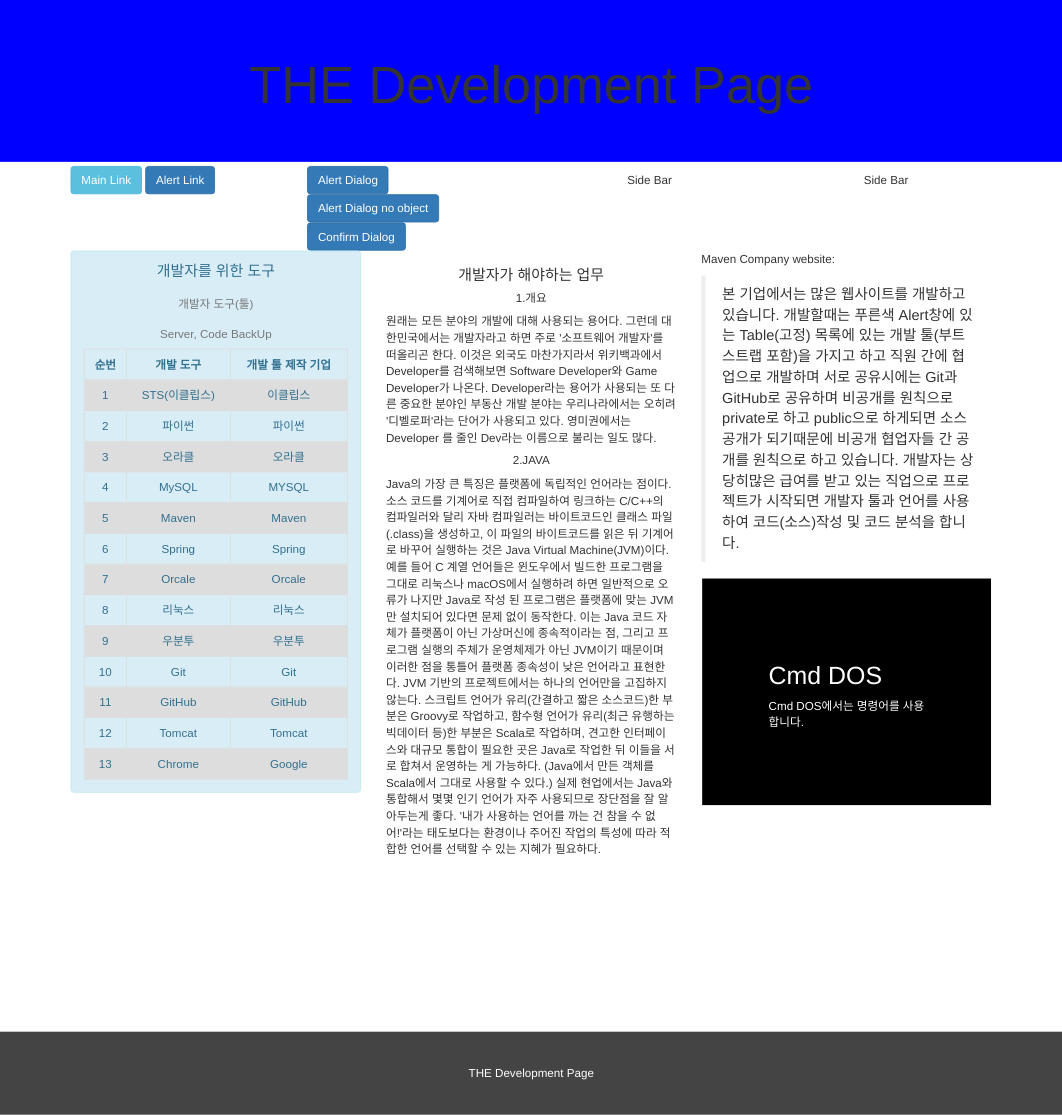
Repository: as2019a/spring
Page: http://localhost/ch19_project_mavenwebsite/WEB-INF/views/development.jsp
The author's editor kept a copy of each file at every save. The page is drawn from the files as they stood at one save, then again after the next save.
The browser window is 1280 px wide. The pictures show the whole page, at 83% of full size.
Some web libraries are served in a nearby version. The page is served by Tomcat 9. Nobody is signed in. Other server files are loaded and not shown. The template is opened directly, without the code that normally fills it, so the values that code supplies are empty.

Above is the page before, as saved 2019-01-30 09:22:12.

### ch19_project_mavenwebsite/src/main/webapp/WEB-INF/views/development.jsp
<%@ page language="java" contentType="text/html; charset=UTF-8"
    pageEncoding="UTF-8"%>
<%@ taglib prefix="c" uri="http://java.sun.com/jsp/jstl/core" %>
<%@ taglib prefix="sec" uri="http://www.springframework.org/security/tags" %>
<!DOCTYPE html>
<html>
<head>
<meta charset="UTF-8">
<meta name="viewport"
 	  content="width=device-width, initial-scale=1">
<title>THE Development Page</title>
<link href="https://maxcdn.bootstrapcdn.com/bootstrap/3.3.2/css/bootstrap.min.css" rel="stylesheet">
<link rel="stylesheet" href="https://use.fontawesome.com/releases/v5.5.0/css/all.css">
<style type="text/css">
	.jumbotron{
		margin-bottom: 5px;
		background-color:blue;
	}

	h5{
		text-align:center;
	}

	#sa:hover{
		color:fuchsia;
	}

	#sc:hover{
		color:orange;
	}

	#sf:hover{
		color:lime;
	}

	table {
	  font-family: arial, sans-serif;
	  border-collapse: collapse;
	  width: 100%;
	}

	td, th {
	  border: 1px solid #dddddd;
	  text-align:center;
	  padding: 8px;
	}

	tr:nth-child(even) {
	  background-color: #dddddd;
	}

	.cmd {
	  background-color: black;
	  color: white;
	  margin: 1px;
	  padding: 80px;
	}

	.footer{
		height: 100px;
		line-height: 100px;
		background-color: #444;
		color: white;
		text-align: center;
		margin-top: 200px;
	}

</style>
</head>
<body>
	<div class="jumbotron">
		<h1 class="text-center" style="">THE Development Page</h1>
	</div>
	<div class="container">
	  <div class="row">
	  	<div class="col-sm-12">
	  		<div class="col-sm-3">
	  			<a href="/main" type="button" class="btn btn-info">Main Link</a>
	  			<button type="button" class="btn btn-primary" onclick="alertsone();" data-toggle="modal" data-target="#myModal">
	  			Alert Link</button>
	  		</div>
	  		<div class="col-sm-3">
	  			<button class="btn btn-primary" data-toggle="modal" id="modalBtn">Alert Dialog</button>
				<button class="btn btn-primary" data-toggle="modal" id="modalBtn2">Alert Dialog no object</button>
				<button class="btn btn-primary" data-toggle="modal" id="modalBtn1">Confirm Dialog</button>
	  		</div>
	  		<div class="col-sm-3">
	  			<h5 id="sc">Side Bar</h5>
	  		</div>
	  		<div class="col-sm-3">
	  			<h5 id="sf">Side Bar</h5>
	  		</div>
	  	</div>
	    <div class="col-xs-12">
	    	<div class="col-xs-4">
	    		<div class="alert alert-info">
	    			<h4 style="font-size:large;text-align:center;">개발자를 위한 도구</h4>
	    			<table>
	    				<caption class="text-center">개발자 도구(툴)</caption>
	    				<caption class="text-center">Server, Code BackUp</caption>
	    				<thead>
	    					<tr>
	    						<th>순번</th>
	    						<th>개발 도구</th>
	    						<th>개발 툴 제작 기업</th>
	    					</tr>
	    					<tr>
	    						<td>1</td>
	    						<td>STS(이클립스)</td>
	    						<td>이클립스</td>
	    					</tr>
	    					<tr>
	    						<td>2</td>
	    						<td>파이썬</td>
	    						<td>파이썬</td>
	    					</tr>
	    					<tr>
	    						<td>3</td>
	    						<td>오라클</td>
	    						<td>오라클</td>
	    					</tr>
	    					<tr>
	    						<td>4</td>
	    						<td>MySQL</td>
	    						<td>MYSQL</td>
	    					</tr>
	    					<tr>
	    						<td>5</td>
	    						<td>Maven</td>
	    						<td>Maven</td>
	    					</tr>
	    					<tr>
	    						<td>6</td>
	    						<td>Spring</td>
	    						<td>Spring</td>
	    					</tr>
	    					<tr>
	    						<td>7</td>
	    						<td>Orcale</td>
	    						<td>Orcale</td>
	    					</tr>
	    					<tr>
	    						<td>8</td>
	    						<td>리눅스</td>
	    						<td>리눅스</td>
	    					</tr>
	    					<tr>
	    						<td>9</td>
	    						<td>우분투</td>
	    						<td>우분투</td>
	    					</tr>
	    					<tr>
	    						<td>10</td>
	    						<td>Git</td>
	    						<td>Git</td>
	    					</tr>
	    					<tr>
	    						<td>11</td>
	    						<td>GitHub</td>
	    						<td>GitHub</td>
	    					</tr>
	    					<tr>
	    						<td>12</td>
	    						<td>Tomcat</td>
	    						<td>Tomcat</td>
	    					</tr>
	    					<tr>
	    						<td>13</td>
	    						<td>Chrome</td>
	    						<td>Google</td>
	    					</tr>
	    				</thead>

	    			</table>
	    		</div>
	    	</div>
	    	<div class="col-xs-4">
	    		<h2 style="font-size:large;text-align:center;">개발자가 해야하는 업무</h2>
	    		<h5>1.개요</h5>
	    		<p>
	    		원래는 모든 분야의 개발에 대해 사용되는 용어다.
	    		그런데 대한민국에서는 개발자라고 하면 주로 '소프트웨어 개발자'를 떠올리곤 한다.
	    		이것은 외국도 마찬가지라서 위키백과에서 Developer를 검색해보면 Software Developer와 Game Developer가 나온다. Developer라는 용어가 사용되는 또 다른 중요한 분야인 부동산 개발 분야는 우리나라에서는 오히려 '디벨로퍼'라는 단어가 사용되고 있다.
	    		영미권에서는 Developer 를 줄인 Dev라는 이름으로 불리는 일도 많다.
	    		</p>
	    		<h5>2.JAVA</h5>
	    		<p>
	    		Java의 가장 큰 특징은 플랫폼에 독립적인 언어라는 점이다. 소스 코드를 기계어로 직접 컴파일하여 링크하는 C/C++의 컴파일러와 달리 자바 컴파일러는 바이트코드인 클래스 파일(.class)을 생성하고, 이 파일의 바이트코드를 읽은 뒤 기계어로 바꾸어 실행하는 것은 Java Virtual Machine(JVM)이다.
				예를 들어 C 계열 언어들은 윈도우에서 빌드한 프로그램을 그대로 리눅스나 macOS에서 실행하려 하면 일반적으로 오류가 나지만 Java로 작성 된 프로그램은 플랫폼에 맞는 JVM만 설치되어 있다면 문제 없이 동작한다. 이는 Java 코드 자체가 플랫폼이 아닌 가상머신에 종속적이라는 점, 그리고 프로그램 실행의 주체가 운영체제가 아닌 JVM이기 때문이며 이러한 점을 통틀어 플랫폼 종속성이 낮은 언어라고 표현한다.
				JVM 기반의 프로젝트에서는 하나의 언어만을 고집하지 않는다. 스크립트 언어가 유리(간결하고 짧은 소스코드)한 부분은 Groovy로 작업하고, 함수형 언어가 유리(최근 유행하는 빅데이터 등)한 부분은 Scala로 작업하며, 견고한 인터페이스와 대규모 통합이 필요한 곳은 Java로 작업한 뒤 이들을 서로 합쳐서 운영하는 게 가능하다. (Java에서 만든 객체를 Scala에서 그대로 사용할 수 있다.)
				실제 현업에서는 Java와 통합해서 몇몇 인기 언어가 자주 사용되므로 장단점을 잘 알아두는게 좋다. '내가 사용하는 언어를 까는 건 참을 수 없어!'라는 태도보다는 환경이나 주어진 작업의 특성에 따라 적합한 언어를 선택할 수 있는 지혜가 필요하다.
	    		</p>
	    	</div>
	    	<div class="col-xs-4">
	    		<p>Maven Company website:</p>
				<blockquote cite="http://localhost:8080/main">
				본 기업에서는 많은 웹사이트를 개발하고 있습니다. 개발할때는 푸른색 Alert창에
				있는 Table(고정) 목록에 있는 개발 툴(부트스트랩 포함)을 가지고 하고 직원 간에
				협업으로 개발하며 서로 공유시에는 Git과 GitHub로 공유하며 비공개를 원칙으로
				private로 하고 public으로 하게되면 소스공개가 되기때문에 비공개 협업자들 간
				공개를 원칙으로 하고 있습니다. 개발자는 상당히많은 급여를 받고 있는 직업으로
				프로젝트가 시작되면 개발자 툴과 언어를 사용하여 코드(소스)작성 및 코드 분석을
				합니다.
				</blockquote>
				<div class="cmd">
					<h2>Cmd DOS</h2>
					<p>Cmd DOS에서는 명령어를 사용합니다.</p>
				</div>
	    	</div>
	    </div>
	  </div>
	</div>
	<div class="footer">
		<p class="text-center" style="">THE Development Page</p>
	</div>
	<script src="https://code.jquery.com/jquery-3.3.1.min.js"></script>
	<script src="https://maxcdn.bootstrapcdn.com/bootstrap/3.3.2/js/bootstrap.min.js"></script>
	<script type="text/javascript">
		function alertsone(){

		}
			var Common = {};
			Common.Dialog = {
			    /**
			    * Dialog Id
			    */
			    DialogInfo: {
			        titleId: 'common-modal-title',
			        okBtnId: 'common-modal-ok-btn',
			    },

			    /**
			    * Default Item Message
			    */
			    Message: {
			        title: '알림',
			        ok: '확인',
			        cancel: '취소'
			    },

			    /**
			    * Element 생성
			    *
			    * @param elementTag Element Tag
			    * @param attributeData Set Attribute Object
			    * @param appendElement AppendChild Element Object
			    * @return Element Object
			    */
			    createElement: function(elementTag, attributeData, appendElement){
			        // Element 생성
			        var elementObj = document.createElement(elementTag);
			        // Attrbute 추가
			        for(var key in attributeData){
			            //console.log(key, attrbutes[key]);
			            elementObj.setAttribute(key, attributeData[key]);
			        };
			        // Element Append
			        if(appendElement){
			            appendElement.appendChild(elementObj);
			        }

			        return elementObj;
			    },

			    /**
			    * Modal Dialog Make
			    */
			    makeModalDialog: function(data){
			        // UUID 생성
			        var uuid;
			        if(typeof(Util) === 'object' && typeof(Util.uuid) === 'function'){
			            uuid = Util.uuid();
			        }else{
			            uuid = 'xxxxxxxx-xxxx-xxxx-xxxx-xxxxxxxxxxxx'.replace(/[xy]/g, function(c) {
			                var r = Math.random()*16|0, v = c == 'x' ? r : (r&0x3|0x8);
			                return v.toString(16);
			            });
			        }

			        // Dialog Id
			        data.dialogId = 'common-modal-dialog-' + data.dialogType + '-' + uuid;

			        /***************************************************************************/
			        // ---------------- Modal Main Div ----------------
			        var modalDiv = this.createElement('div'
			            , {'id': data.dialogId,'class': 'modal fase','tabindex': '-1','role': 'dialog','aria-labelledby': this.DialogInfo.titleId,'aria-hidden': 'true'}
			            , document.body);
			        var modalDialogDiv = this.createElement('div', {'class': 'modal-dialog'}, modalDiv);
			        var modalContentDiv = this.createElement('div', {'class': 'modal-content'}, modalDialogDiv);

			        // ---------------- Modal Header ----------------
			        var modalHeaderDiv = this.createElement('div', {'class': 'modal-header'}, modalContentDiv);

			        // Close Header
			        if(data.closeBtn){
			            var modalHeaderCloseBtn = this.createElement('button', {'type': 'button', 'class': 'close', 'data-dismiss': 'modal', 'aria-hidden': 'true'}, modalHeaderDiv);
			            modalHeaderCloseBtn.innerHTML ='x';
			        }

			        // title
			        var modalHeaderTitle = this.createElement('h4', {'class': 'modal-title', 'id': this.DialogInfo.titleId}, modalHeaderDiv);
			        modalHeaderTitle.innerHTML = data.title ? data.title : this.Message.title;

			        // ---------------- Modal Body ----------------
			        var modalBodyDiv = this.createElement('div', {'class': 'modal-body', 'style': 'word-break: break-all'}, modalContentDiv);;
			        modalBodyDiv.innerHTML = data.content ? data.content : '';

			        // ---------------- Modal Footer ----------------
			        var modalFooterDiv = this.createElement('div', {'class': 'modal-footer'}, modalContentDiv);
			        // Cancle Button
			        if(data.dialogType == 'confirm'){
			            var modalFooterCancleBtn = this.createElement('button', {'type': 'button', 'class': 'btn btn-default', 'data-dismiss': 'modal'}, modalFooterDiv);
			            modalFooterCancleBtn.innerHTML = this.Message.cancel;
			        }
			        // Ok Button
			        var modalFooterOkAttr = {'type': 'button', 'class': 'btn btn-primary', 'id': this.DialogInfo.okBtnId};
			        if(data.dialogType == 'alert'){
			            modalFooterOkAttr['data-dismiss'] = 'modal';
			        }
			        var modalFooterOkBtn = this.createElement('button', modalFooterOkAttr, modalFooterDiv);
			        modalFooterOkBtn.innerHTML = this.Message.ok;
			        /***************************************************************************/
			        // Modal Default option Setting
			        var modalOption = {
			            keyboard: false // ESC 키 눌렀을때 모달을 닫음
			            ,backdrop: 'static' // 모달의 배경을 포함. 클릭 시 모달을 닫지 않을 시 'static'
			            ,show: false // 초기화 시 모달을 보여줍니다.
			        }
			        // 사용자 지정 정보 설정
			        $.extend(modalOption, data);

			        // Jquery Dialog 변수 선언
			        var dialog = $('#' + data.dialogId);

			        // Bootstrap Modal Setting
			        dialog.modal(modalOption)

			        // Modal의 hide가 완료된 이후 Event 실행
			        dialog.on('hidden.bs.modal', function(e){
			            // Modal Element 제거
			            dialog.remove();
			        });

			        // Confirm 일 경우 확인 버튼 클릭 이벤트 지정
			        if(data.dialogType == 'confirm'){
			            dialog.find(" #" + this.DialogInfo.okBtnId).on('click', function(){
			                // ok button event function 실행
			                if(data.ok && typeof(data.ok) === 'function'){
			                    data.ok();
			                }else{
			                    console.warn('not function ok event. dialogId: ' + data.dialogId);
			                }

			                // Modal 창 닫기
			                dialog.modal('hide');
			                // click enevt 제거
			                $(this).off('click');
			            });
			        }

			        // Modal Dialog Show
			        dialog.modal('show');
			    },

			    /**
			    * Modal Dialog Show
			    */
			    show: function(type, data){
			        if(!data){data = {};}
			        data.dialogType = type ? type : 'alert';
			        this.makeModalDialog(data);
			    },

			    /**
			    * Alert Modal Dialog
			    *
			    * data:
			    *  title: Dialog Title Message
			    *  content: Dialog Content Message
			    *  closeBtn: Header Close Btn(x)
			    *
			    */
			    alert: function(data){
			        // data가 Object 가 아닌 경우 content 로 설정한다.
			        if(typeof(data) != 'object'){
			            var content = data;
			            data = {content: content};
			        }
			        this.show('alert', data);
			    },

			    /**
			    * Confirm Modal Dialog
			    *
			    * data:
			    *  title: Dialog Title Message
			    *  content: Dialog Content Message
			    *  ok: Ok Button Click Event function
			    *  closeBtn: Header Close Btn(x)
			    *
			    */
			    confirm: function(data){
			        this.show('confirm', data);
			    }
			};
			    $(function () {
			            $("#modalBtn").on('click', function(){
			                Common.Dialog.alert({
			                    title: '경고'
			                    ,content: 'Object Setting Alert.',
			                });
			            });

			            $("#modalBtn2").on('click', function(){
			                Common.Dialog.alert('Not Object Setting Alert.');
			            });

			            $("#modalBtn1").on('click', function(){
			                Common.Dialog.confirm({
			                    content: '이것을 하시겠습니까?'
			                    ,ok: function(){
			                        console.log('확인 클릭');
			                    }
			                });
			            });
			    });
	</script>
</body>
</html>

After the next save:
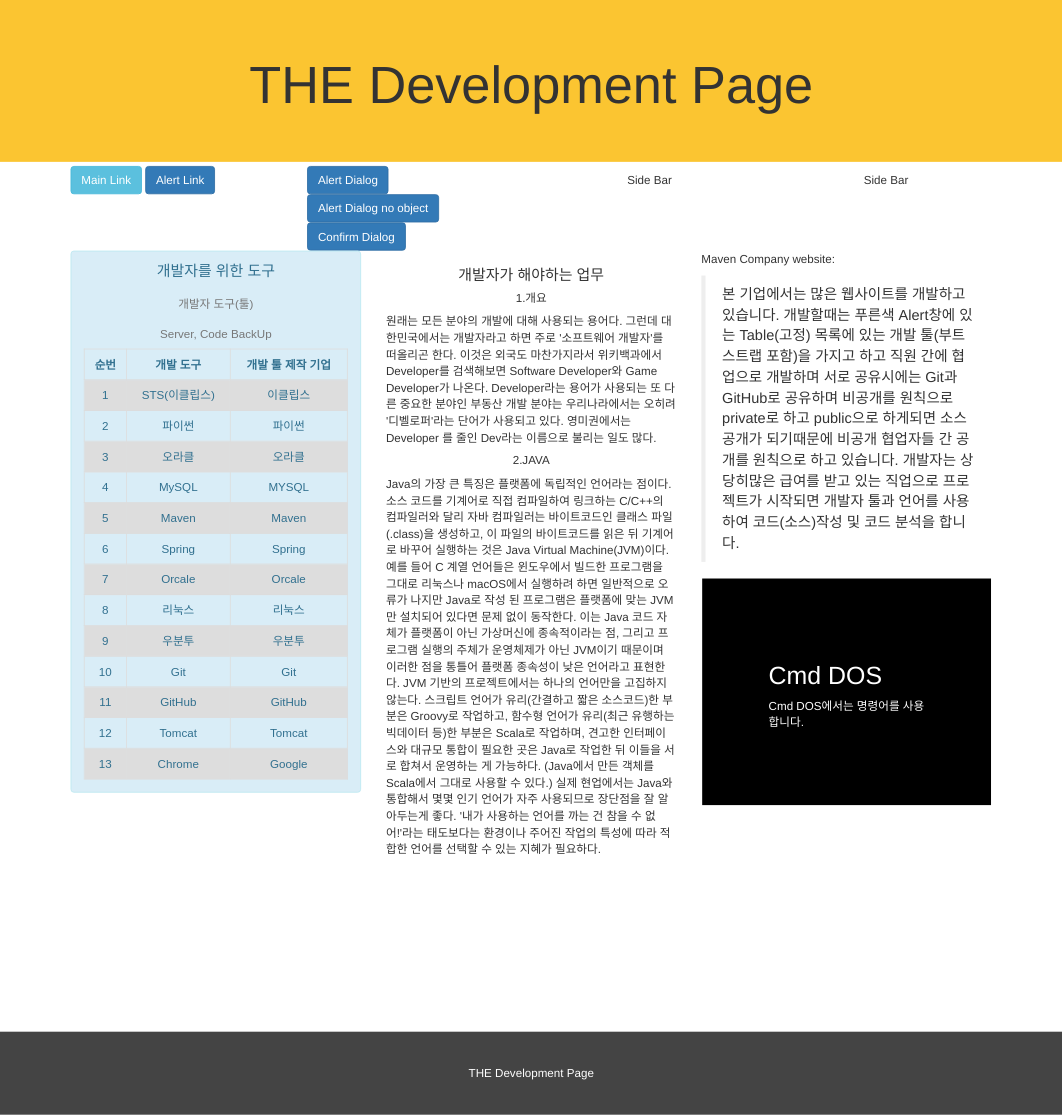
Saved 20 s later.
--- a/ch19_project_mavenwebsite/src/main/webapp/WEB-INF/views/development.jsp
+++ b/ch19_project_mavenwebsite/src/main/webapp/WEB-INF/views/development.jsp
@@ -14,7 +14,7 @@
 <style type="text/css">
 	.jumbotron{
 		margin-bottom: 5px;
-		background-color:blue;
+		background-color:#fbc531;
 	}
 
 	h5{
